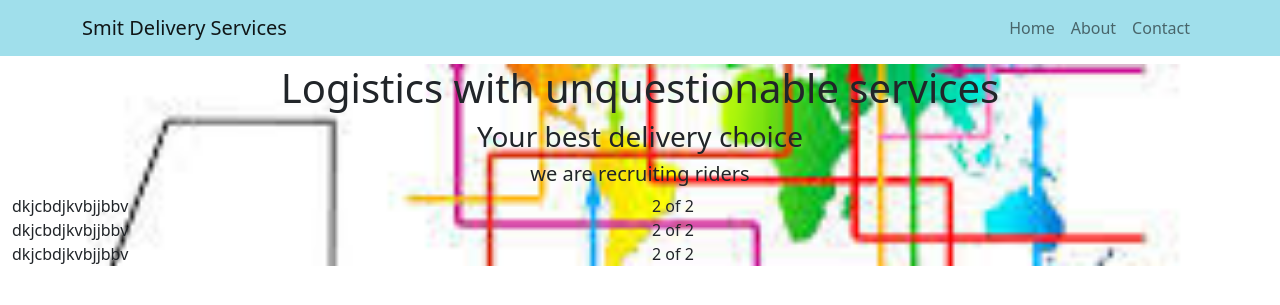
Repository: smit1298/logistic
Page: /
These files come from the project's save history. The page is drawn as it stood at one moment and after the next save; the edit follows.
The browser window is 1280 px wide. The pictures show the whole page.
The project was rebuilt for these pictures with package versions that can differ from the ones it lists, and the page was loaded fresh each time.

Above is the page before, as saved 2021-10-04 02:18:54.

### public/index.html
<!DOCTYPE html>
<html lang="en">
  <head>
    <meta charset="utf-8" />
    <link rel="icon" href="%PUBLIC_URL%/favicon.ico" />
    <meta name="viewport" content="width=device-width, initial-scale=1" />
    <meta name="theme-color" content="#000000" />
    <meta
      name="description"
      content="Web site created using create-react-app"
    />
    <link rel="apple-touch-icon" href="%PUBLIC_URL%/logo192.png" />

    <link rel="manifest" href="%PUBLIC_URL%/manifest.json" />

    <title>Smit Delivery Services</title>
  </head>
  <body>
    <noscript>You need to enable JavaScript to run this app.</noscript>
    <div id="root"></div>

  </body>
</html>

### src/App.js
// import './App.css';
import Navs from './components/navs/Navs';
import RecruitForm from './components/recruit/RecruitForm';

function App() {
  return (
    <div>
      <Navs />
      <RecruitForm />
    </div>
  );
}

export default App;

### src/components/Navs/Navs.jsx
import React from "react";
import "bootstrap/dist/css/bootstrap.css";
import { Navbar, Container, Nav } from "react-bootstrap";
import './Navs.css'

 const Navs = () => {
  return (
    <div>
      <Navbar id='navbar' bg="light" expand="lg">
        <Container>
          <Navbar.Brand href="#home">Smit Delivery Services</Navbar.Brand>
          <Navbar.Toggle aria-controls="basic-navbar-nav" />
          <Navbar.Collapse id="basic-navbar-nav">
            <Nav className="ms-auto">
              <Nav.Link href="#home">Home</Nav.Link>
              <Nav.Link href="#About">About </Nav.Link>
              <Nav.Link href="#ContaCT">Contact </Nav.Link>
            </Nav>
          </Navbar.Collapse>
        </Container>
      </Navbar>
    </div>
  );
};

export default Navs;

### src/components/recruit/RecruitForm.jsx
import React from "react";
import "bootstrap/dist/css/bootstrap.css";
import { Row, Col } from "react-bootstrap";
import "./RecruitForm.css";

const recruitForm = () => {
  return (
    <div className="container-fluid" id="recruit">
      <div className="mt-2" id="top">
        <h1 className="text-center">Logistics with unquestionable services</h1>
        <h3 className="text-center">Your best delivery choice</h3>
        <h5 className="text-center">we are recruiting riders</h5>
        <Row className="justify-content-md-center">
          <Col xs>dkjcbdjkvbjjbbv</Col>
          <Col xs>2 of 2</Col>
        </Row>

        <Row className="justify-content-md-center">
          <Col xs>dkjcbdjkvbjjbbv</Col>
          <Col xs>2 of 2</Col>
        </Row>
        <Row className="justify-content-md-center">
          <Col xs>dkjcbdjkvbjjbbv</Col>
          <Col xs>2 of 2</Col>
        </Row>



      </div>
    </div>
  );
};
export default recruitForm;

### src/components/Navs/Navs.css
#navbar{
    background-color: rgb(160, 223, 235) !important;
    font-weight: 400 !important;
}

### src/components/recruit/RecruitForm.css
body,
html {
  height: 100% !important;
}
#recruit {

}

#top { background-image: url("../images/logistics.jpg");
  height: 100% !important;
  background-position: center;
  background-repeat: no-repeat;
  background-size: cover;
  /* border: 1px solid black; */
  /* border-radius: 10px; */
}

Loaded but not shown: src/index.js (common file); src/index.css (common file); src/reportWebVitals.js (common file)

After the next save:
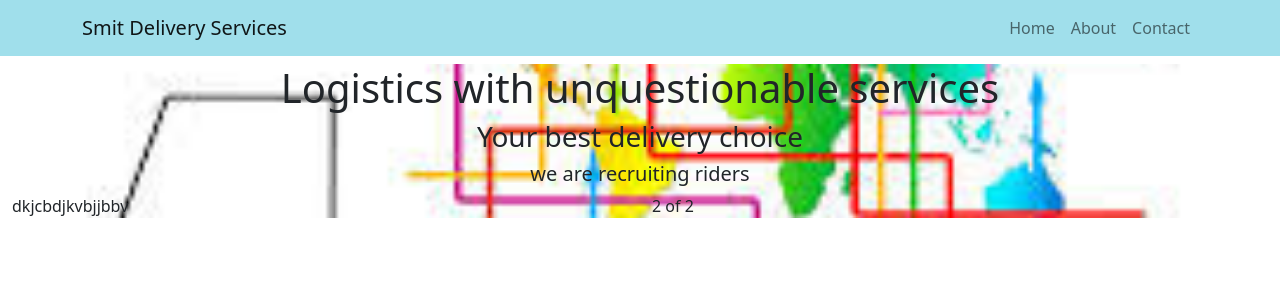
Saved 13 s later.
--- a/src/components/recruit/RecruitForm.jsx
+++ b/src/components/recruit/RecruitForm.jsx
@@ -15,17 +15,6 @@ const recruitForm = () => {
           <Col xs>2 of 2</Col>
         </Row>
 
-        <Row className="justify-content-md-center">
-          <Col xs>dkjcbdjkvbjjbbv</Col>
-          <Col xs>2 of 2</Col>
-        </Row>
-        <Row className="justify-content-md-center">
-          <Col xs>dkjcbdjkvbjjbbv</Col>
-          <Col xs>2 of 2</Col>
-        </Row>
-
-
-
       </div>
     </div>
   );
